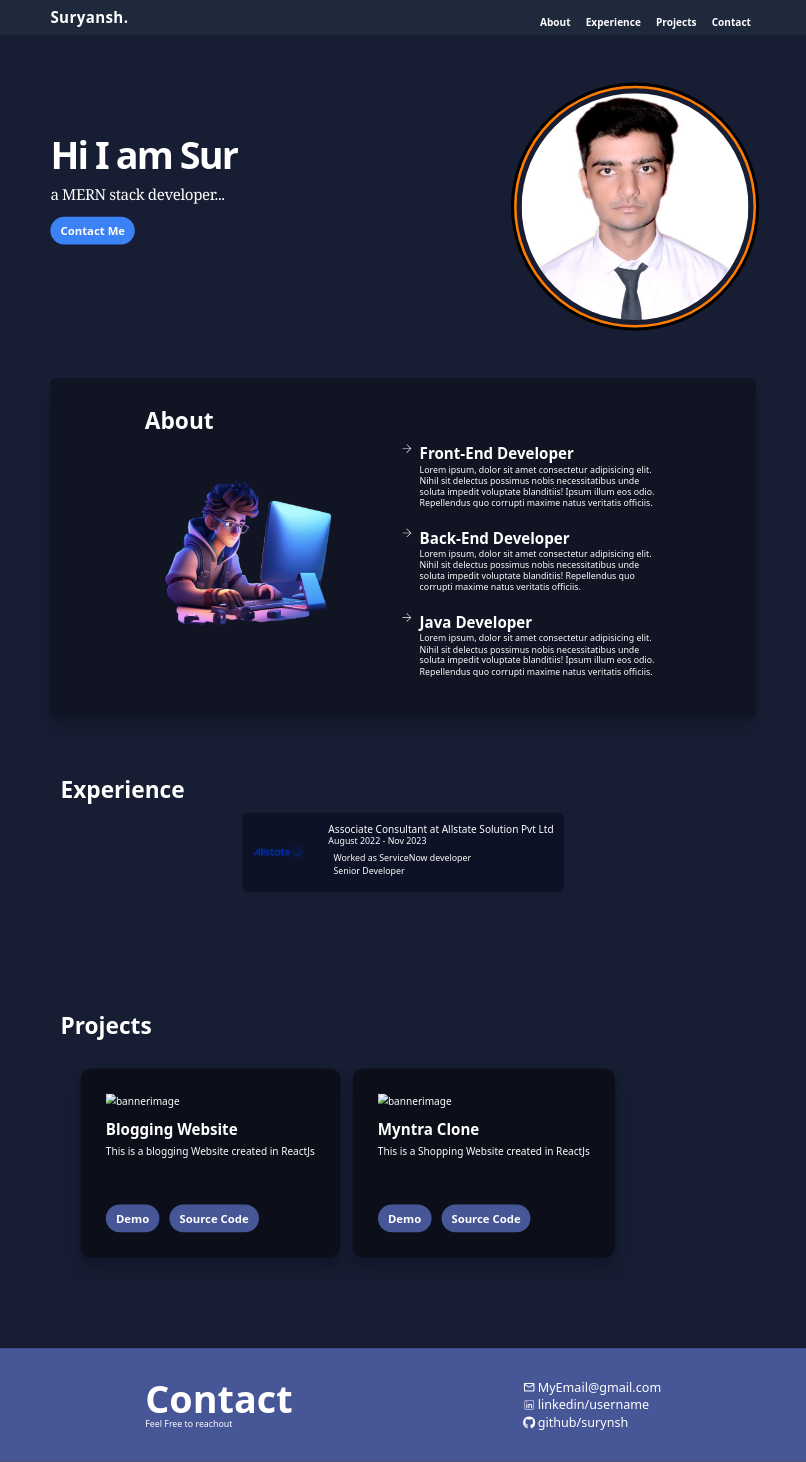
Repository: suryanshsingh99181/portfolio
Page: /
The author's editor kept a copy of each file at every save. The page is drawn from the files as they stood at one save, then again after the next save.
The browser window is 1280 px wide. The pictures show the whole page, at 63% of full size.
The project was rebuilt for these pictures with package versions that can differ from the ones it lists, and the page was loaded fresh each time. Also part of the build but not shown: vite.config.js.

Above is the page before, as saved 2024-08-22 11:17:50.

After the next save:
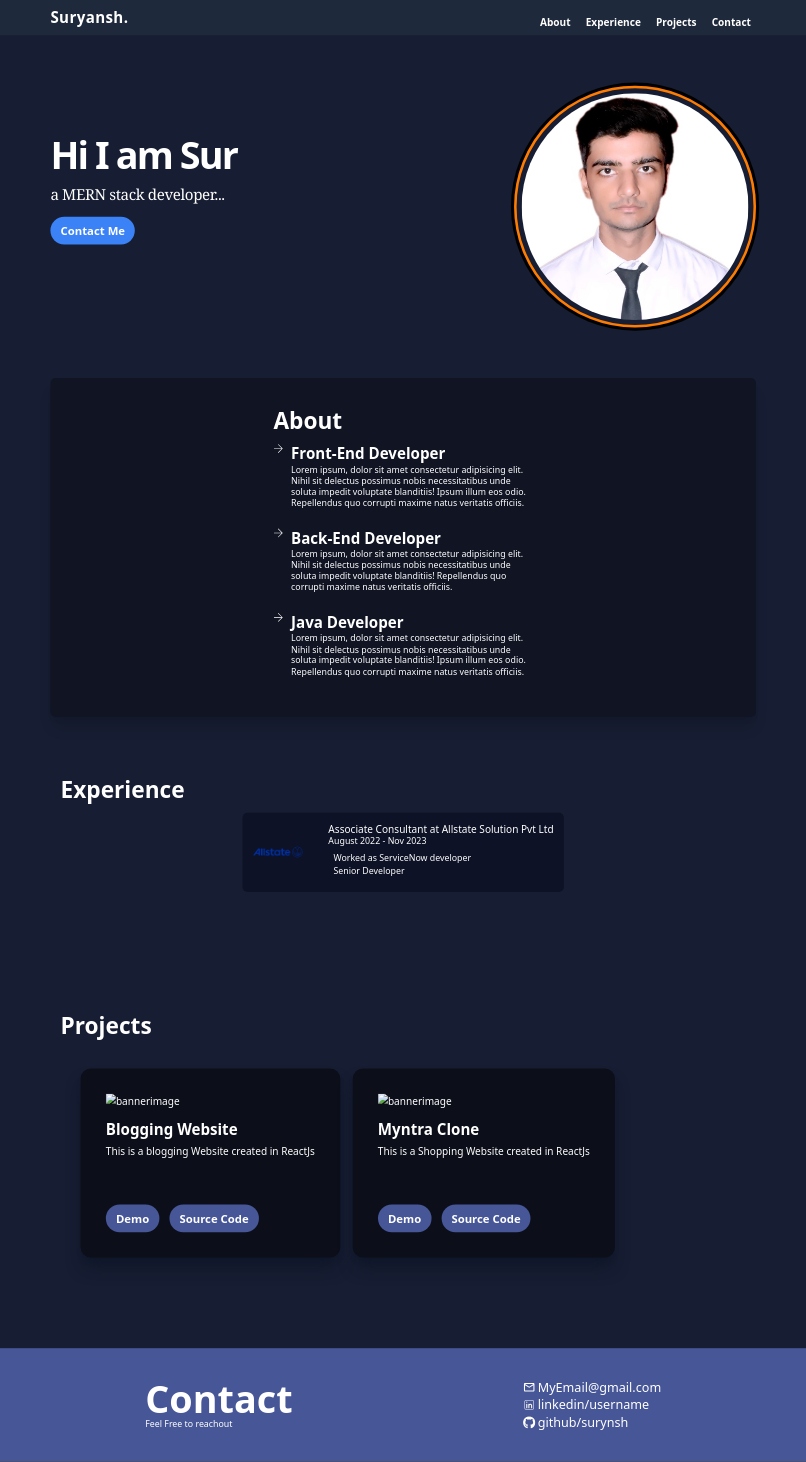
Saved 12 s later.
--- a/src/Components/about/About.jsx
+++ b/src/Components/about/About.jsx
@@ -11,7 +11,7 @@
       <div>
         <h2 className="text-2xl md:text-4xl font-bold">About</h2>
         <div className="md:flex flex-wrap flex-col md:flex-row items-center">
-          <img className="md:h-80 -ml-28 pr-10" src={image} alt="about Image" />
+          {/* <img className="md:h-80 -ml-28 pr-10" src={image} alt="about Image" /> */}
           <ul>
             <div className="flex gap-3 py-4">
               <TfiArrowRight />
